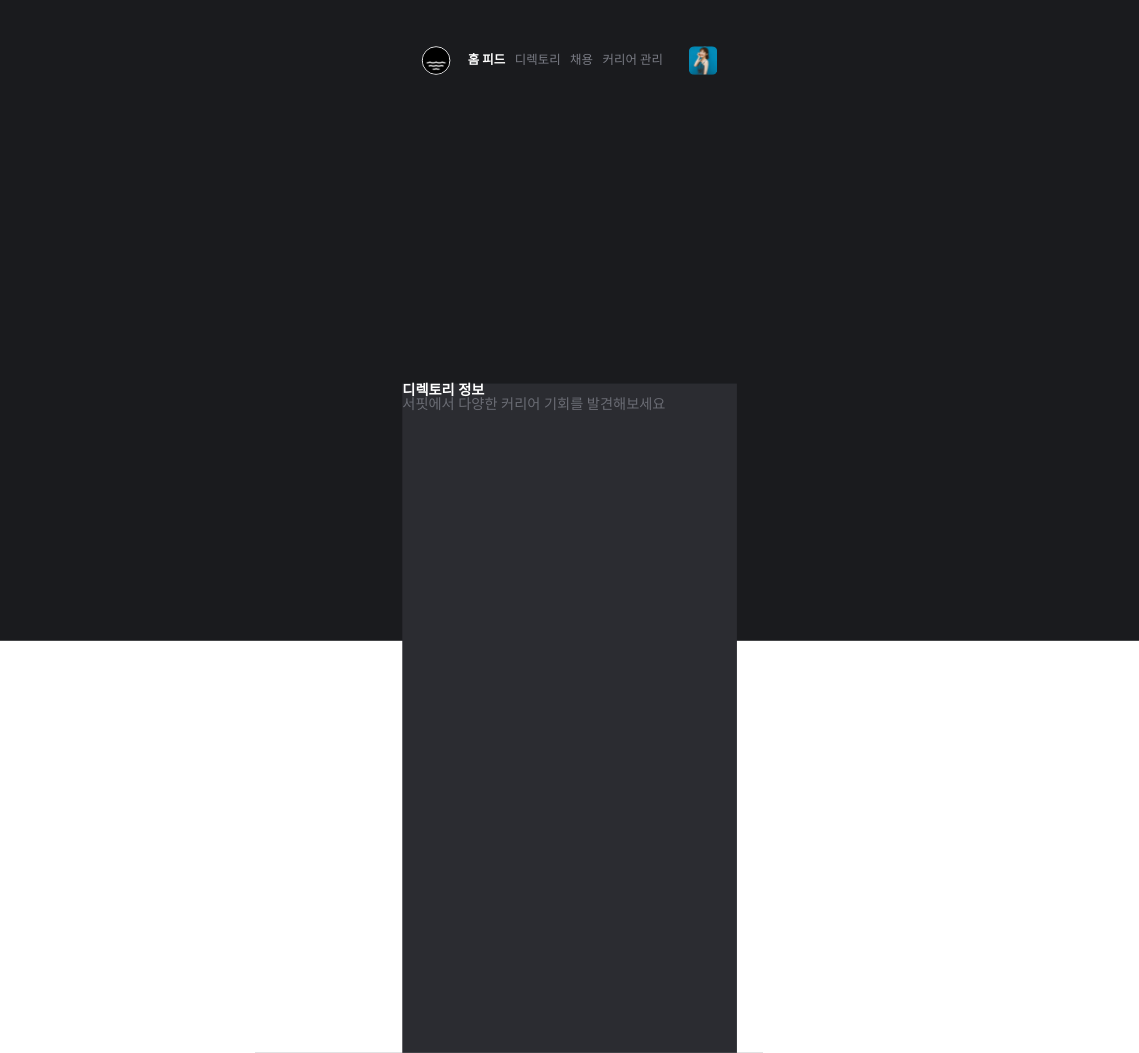
Repository: CDS-seminar-6/frontend
Page: /profile
An editor plug-in stored every save of this project. The page is shown before and after the next save, followed by the edit.
The browser window is 1280 px wide. The pictures show the whole page, at 89% of full size.
The project was rebuilt for these pictures with package versions that can differ from the ones it lists, and the page was loaded fresh each time. Also part of the build but not shown: src/components/common/MenuList.jsx, src/pages/Profile.jsx.

Above is the page before, as saved 2022-05-25 17:53:56.

### src/index.jsx
import App from 'App.jsx';
import React from 'react';
import ReactDOM from 'react-dom/client';

const root = ReactDOM.createRoot(document.getElementById('root'));
root.render(
  <React.StrictMode>
    <App />
  </React.StrictMode>,
);

### src/App.jsx
import Router from 'cores/router';
import { ThemeProvider } from 'styled-components';
import GlobalStyle from 'styles/globalStyle';
import { theme } from 'styles/theme';

function App() {
  return (
    <>
      <GlobalStyle />
      <ThemeProvider theme={theme}>
        <Router />
      </ThemeProvider>
    </>
  );
}

export default App;

### src/cores/router.jsx
import Profile from 'pages/Profile';
import SurfitProfile from 'pages/SurfitProfile';
import React from 'react';
import { BrowserRouter, Route, Routes } from 'react-router-dom';

function Router() {
  return (
    <BrowserRouter>
      <Routes>
        <Route path="/" element={<Profile />} />
        <Route path="/profile" element={<SurfitProfile />} />
      </Routes>
    </BrowserRouter>
  );
}

export default Router;

### src/styles/globalStyle.js
import { createGlobalStyle } from 'styled-components';
import { reset } from 'styled-reset';

const GlobalStyle = createGlobalStyle`
  ${reset}

  #root, body, html {
    width: 100%;
    height: 100%;
    font-size: 62.5%;
  }

  * {
    box-sizing: border-box;
	}

  button:hover {
    cursor: pointer;
  }
`;

export default GlobalStyle;

### src/styles/theme.js
export const theme = {
  colors: {
    surfit_black_1: '#1A1B1E',
    surfit_black_2: '#2B2C31',
    surfit_black_3: '#323339',
    surfit_grey_1: '#4A4C52',
    surfit_grey_2: '#6A6C74',
    surfit_grey_3: '#7A7C85',
    surfit_blue: '#3D6AFF',
    surfit_white: '#FFFFFF',
  },
};

### src/pages/SurfitProfile.jsx
import DirectoryInfo from 'components/surfitProfile/DirectoryInfo';
import Navbar from 'components/surfitProfile/Navbar';
import React from 'react';
import styled from 'styled-components';
import { theme } from 'styles/theme';

function SurfitProfile() {
  return (
    <StyledRoot>
      <Navbar />
      <DirectoryInfo />
    </StyledRoot>
  );
}

export default SurfitProfile;

const StyledRoot = styled.main`
  display: flex;
  flex-direction: column;
  justify-content: center;
  align-items: center;
  font-size: 8rem;
  width: 100%;
  height: 100%;
  background-color: ${theme.colors.surfit_black_1};
`;

### src/components/surfitProfile/DirectoryInfo.jsx
import { React } from 'react';
import styled from 'styled-components';
import { theme } from 'styles/theme';

const InfoContainer = styled.div`
  position: absolute;
  background-color: ${theme.colors.surfit_black_2};
  margin: 89.3rem 0 auto;
  width: 37.6rem;
  height: 75.2rem;
`;

const Title = styled.h1`
  font-size: 1.6rem;
  font-weight: bold;
  color: ${theme.colors.surfit_white};
`;

const Contents = styled.p`
  font-size: 1.6rem;
  color: ${theme.colors.surfit_grey_2};
`;

function DirectoryInfo() {
  return (
    <InfoContainer>
      <Title>디렉토리 정보</Title>
      <Contents>서핏에서 다양한 커리어 기회를 발견해보세요</Contents>
    </InfoContainer>
  );
}

export default DirectoryInfo;

### src/components/surfitProfile/Navbar.jsx
import logo from 'assets/icon_logo.svg';
import profilePic from 'assets/mockup_profile.svg';
import { React } from 'react';
import styled from 'styled-components';
import { theme } from 'styles/theme';

const NavContainer = styled.ul`
  display: flex;
  align-items: center;
  justify-content: space-around;
  list-style: none;
  width: 34.3rem;
  height: 3.2rem;
  font-size: 1.4rem;
  color: ${theme.colors.surfit_grey_3};
  margin: 5.2rem 0 auto;
`;

const Img = styled.img`
  width: 3.2rem;
  height: 3.2rem;
`;

const Logo = styled(Img)`
  border: 1.5px solid white;
  border-radius: 10rem;
  rotate: 0.04deg;
  margin-right: 0.9rem;
`;
const Profile = styled(Img)`
  margin-left: 1.85rem;
`;

const SelectedCategory = styled.text`
  font-weight: bold;
  color: ${theme.colors.surfit_white};
`;

function Navbar() {
  return (
    <NavContainer>
      <Logo src={logo} />
      <SelectedCategory className="HomeFeed">홈 피드</SelectedCategory>
      <li className="Directory">디렉토리</li>
      <li className="recruiting">채용</li>
      <li className="CareerManage">커리어 관리</li>
      <Profile src={profilePic} />
    </NavContainer>
  );
}

export default Navbar;

Loaded but not shown: public/index.html (common file)

After the next save:
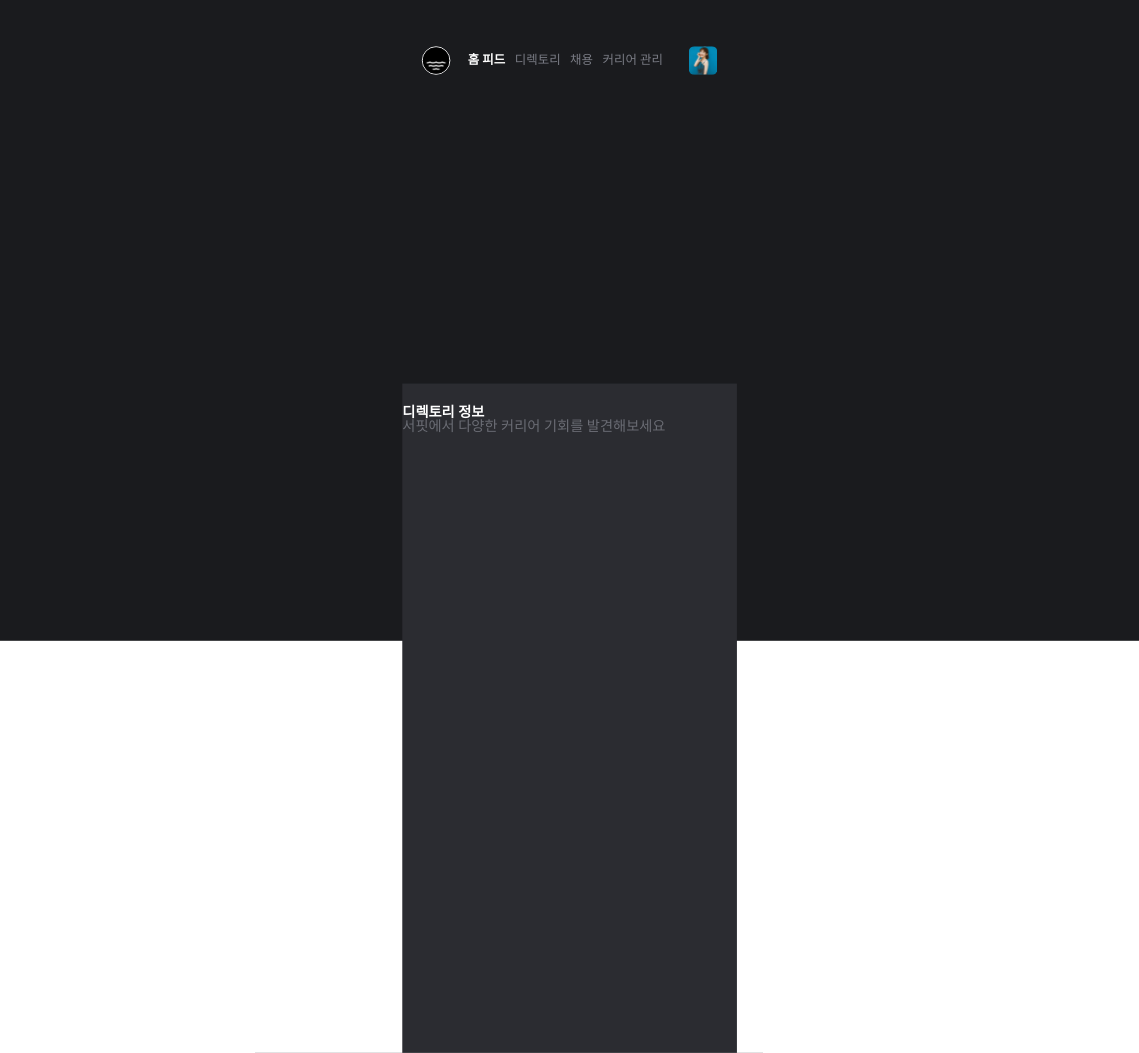
Saved 61 s later.
--- a/src/components/surfitProfile/DirectoryInfo.jsx
+++ b/src/components/surfitProfile/DirectoryInfo.jsx
@@ -14,6 +14,7 @@
   font-size: 1.6rem;
   font-weight: bold;
   color: ${theme.colors.surfit_white};
+  margin: 2.4rem 0 auto;
 `;
 
 const Contents = styled.p`
